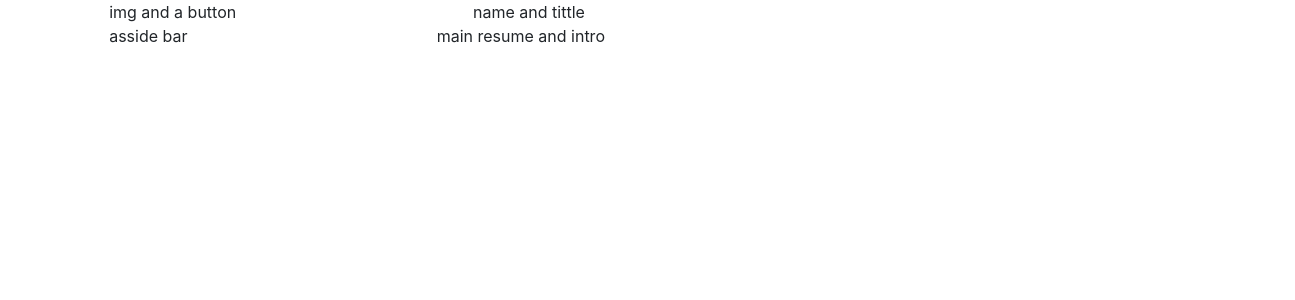
Repository: Kamicoda/Portfolio
Page: index.html
The author's editor kept a record of every edit. The page is drawn from the files as they stood at one moment, then again after the next edit.
The browser window is 1280 px wide. The page is 1295 px wide, so the pictures cover 1295 px, including what lies to the right of the window. The pictures show the whole page.
Some web libraries are served in a nearby version.

Above is the page before.
Not found: assets/js/script.js

After the next edit:
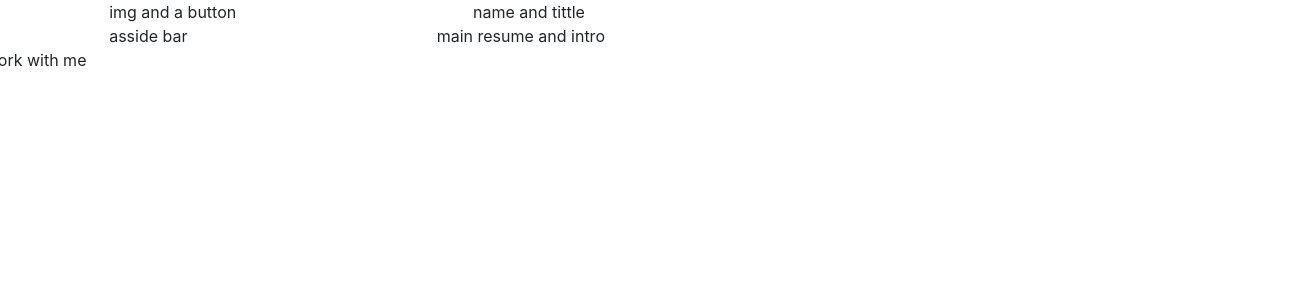
The edit:
--- a/index.html
+++ b/index.html
@@ -70,6 +70,11 @@
 
         <div class="col-1"></div>
 
+        <div class="row">
+            <div class="col-12">
+                work with me
+            </div>
+        </div>
     </div>
 
     <div class="row">
